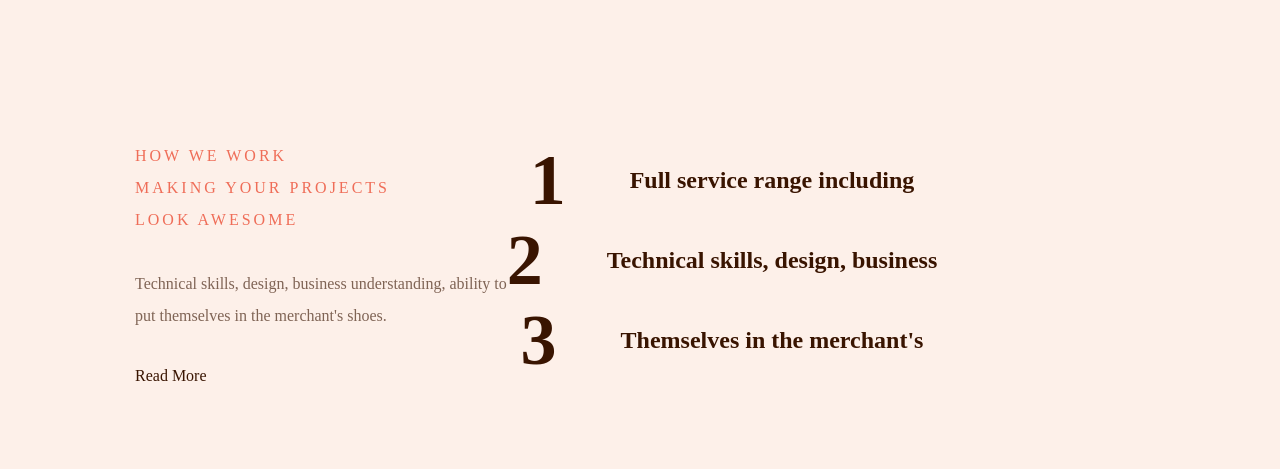
Repository: kubrazamanova/Project-3
Page: index.html
The author's editor kept a copy of each file at every save. The page is drawn from the files as they stood at one save, then again after a run of saves.
The browser window is 1280 px wide. The pictures show the whole page.

Above is the page before, as saved 2023-09-13 19:18:18.

After the next 2 saves:
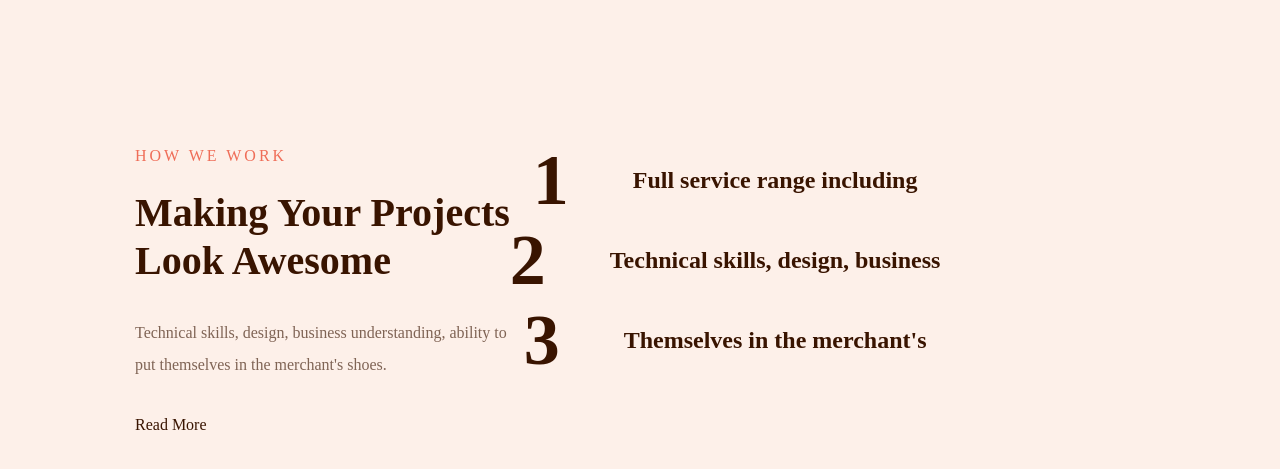
The 2 saves are shown as one change because they came seconds apart.
The last was saved 9 s later.
--- a/index.html
+++ b/index.html
@@ -10,10 +10,10 @@
     <div class="container">
    <div class="text-container">
     <h1>How we work</h1>
-    <h1>
+    <h2>
       Making Your Projects <br />
       Look Awesome
-    </h1>
+    </h2>
     <p>
       Technical skills, design, business understanding, ability to <br />
       put themselves in the merchant's shoes.
